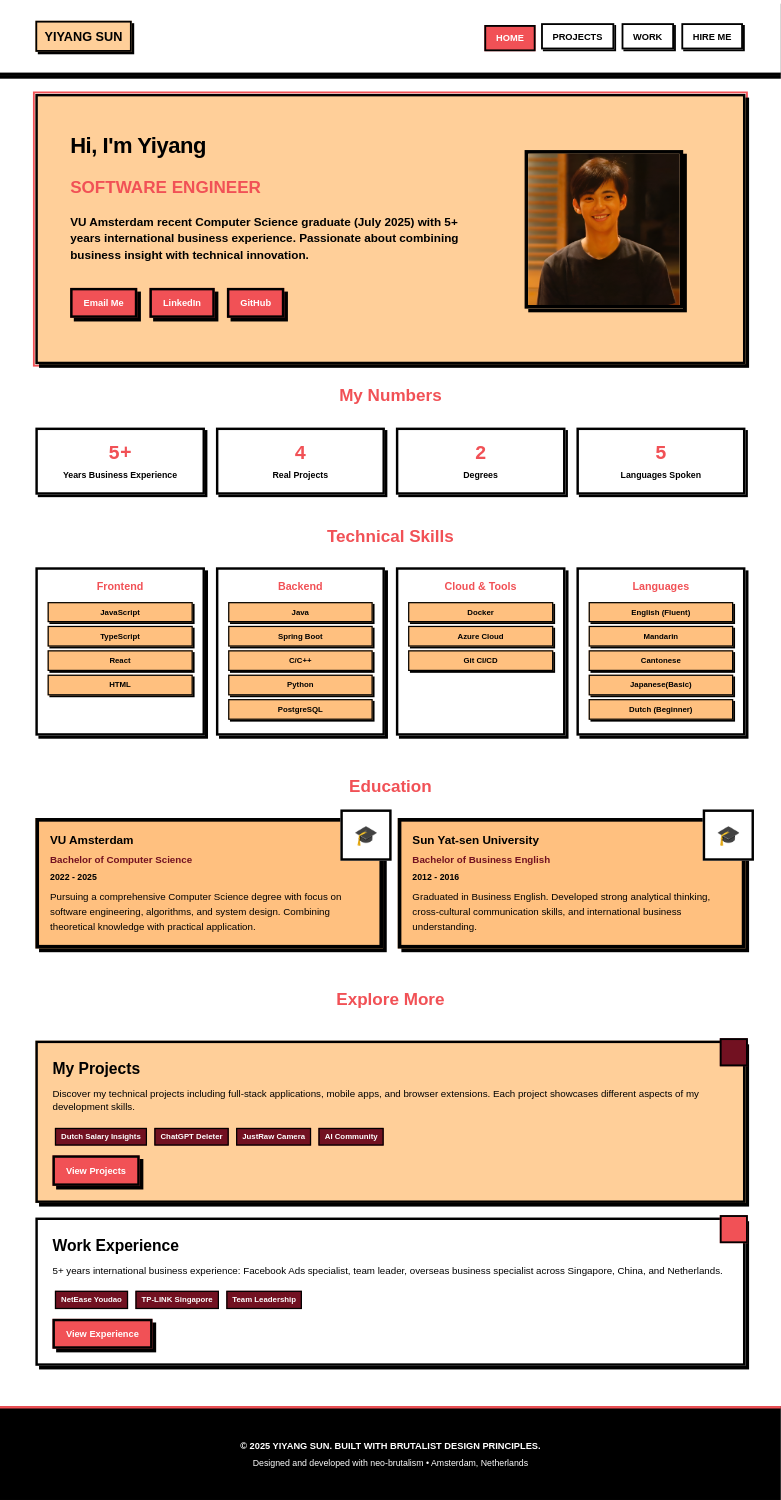
Repository: miloyiyangsun/yiyangsun.github.io
Page: .superdesign/design_iterations/yiyang_home_v2.html
The author's editor kept a copy of each file at every save. The page is drawn from the files as they stood at one save, then again after the next save.
The browser window is 1280 px wide. The pictures show the whole page, at 61% of full size.

Above is the page before, as saved 2025-09-03 18:31:01.

### .superdesign/design_iterations/yiyang_home_v2.html
<!DOCTYPE html>
<html lang="en">
  <head>
    <meta charset="UTF-8" />
    <meta name="viewport" content="width=device-width, initial-scale=1.0" />
    <title>
      Yiyang Sun - Computer Science Student [Neo-Brutalist Portfolio]
    </title>
    <meta
      name="description"
      content="Yiyang Sun - VU Amsterdam Computer Science student with 5+ years business experience. Neo-brutalist portfolio design."
    />

    <!-- Neo-Brutalist Theme -->
    <link rel="stylesheet" href="brutalist_theme_v2.css" />

    <style>
      /* Page-specific brutal styles */
      body {
        padding-top: 120px;
        background: #ffffff;
      }

      .main-container {
        max-width: 1200px;
        margin: 0 auto;
        padding: 18px;
      }

      /* Navigation Layout - Right Align */
      .brutalist-nav .main-container {
        display: flex;
        justify-content: space-between;
        align-items: center;
      }

      .nav-links {
        display: flex;
        gap: 4px;
      }

      /* Navigation Brand - Brutalist */
      .nav-brand {
        background: #ffcf99;
        border: 3px solid #000000;
        padding: 8px 12px;
        box-shadow: 4px 4px 0 #000000;
        font-weight: 900;
      }

      /* Hero Layout - Left Right */
      .hero-layout {
        display: grid;
        grid-template-columns: 1fr 350px;
        gap: 48px;
        align-items: center;
        max-width: 1050px;
        margin: 0 auto;
      }

      .hero-content {
        text-align: left;
      }

      .hero-avatar {
        display: flex;
        justify-content: center;
        align-items: center;
      }

      /* Hero Avatar - Brutalist */
      .brutalist-avatar-container {
        display: inline-block;
        position: relative;
      }

      .brutalist-avatar {
        width: 260px;
        height: 260px;
        border: 6px solid #000000;
        box-shadow: 6px 6px 0 #000000;
        display: block;
        border-radius: 0;
        object-fit: cover;
      }

      /* Stats specific styling */
      .stats-section {
        margin: 32px 0;
      }

      /* Skills brutal grid */
      .skills-brutal-grid {
        display: grid;
        grid-template-columns: repeat(4, 1fr);
        gap: 18px;
        margin: 24px 0;
      }

      .skill-category {
        background: #ffffff;
        border: 4px solid #000000;
        padding: 16px;
        box-shadow: 5px 5px 0 #000000;
      }

      .skill-category h3 {
        color: #f15156;
        font-size: 1.1rem;
        margin-bottom: 12px;
        text-align: center;
      }

      .skill-item {
        background: #ffc07f;
        border: 2px solid #000000;
        padding: 6px 10px;
        margin: 6px 0;
        font-weight: 700;
        font-size: 0.8rem;
        text-align: center;
        box-shadow: 3px 3px 0 #000000;
      }

      .skill-item:hover {
        background: #f15156;
        color: #ffffff;
        transform: translate(-1px, -1px);
        box-shadow: 4px 4px 0 #000000;
      }

      /* Preview cards brutal */
      .preview-section {
        margin: 48px 0;
      }

      .preview-card {
        background: #ffffff;
        border: 4px solid #000000;
        padding: 24px;
        margin: 24px 0;
        box-shadow: 6px 6px 0 #000000;
        position: relative;
      }

      .preview-card::before {
        content: "";
        position: absolute;
        top: -8px;
        right: -8px;
        width: 40px;
        height: 40px;
        background: #f15156;
        border: 3px solid #000000;
      }

      .preview-card:nth-child(even) {
        background: #ffcf99;
      }

      .preview-card:nth-child(even)::before {
        background: #721121;
      }

      .preview-title {
        font-size: 1.6rem;
        font-weight: 900;
        color: #000000;
        margin-bottom: 12px;
      }

      .preview-description {
        font-size: 1rem;
        line-height: 1.4;
        margin-bottom: 18px;
      }

      .preview-tags {
        margin: 12px 0;
      }

      .preview-tag {
        display: inline-block;
        background: #721121;
        color: #ffffff;
        padding: 4px 8px;
        margin: 4px;
        border: 2px solid #000000;
        font-weight: 700;
        font-size: 0.8rem;
      }

      /* Education Section - Brutal */
      .education-grid {
        display: grid;
        grid-template-columns: repeat(auto-fit, minmax(400px, 1fr));
        gap: 24px;
        margin: 32px 0;
      }

      .education-card {
        background: #ffc07f;
        border: 6px solid #000000;
        padding: 18px;
        box-shadow: 6px 6px 0 #000000;
        position: relative;
      }

      .education-card::before {
        content: "🎓";
        position: absolute;
        top: -20px;
        right: -20px;
        font-size: 2rem;
        background: #ffffff;
        border: 4px solid #000000;
        padding: 8px;
        width: 60px;
        height: 60px;
        display: flex;
        align-items: center;
        justify-content: center;
      }

      .edu-institution {
        font-size: 1.2rem;
        font-weight: 900;
        color: #000000;
        margin-bottom: 6px;
      }

      .edu-degree {
        font-size: 1rem;
        font-weight: 700;
        color: #721121;
        margin-bottom: 6px;
      }

      .edu-period {
        font-size: 0.9rem;
        font-weight: 600;
        color: #000000;
        margin-bottom: 12px;
      }

      .edu-description {
        font-size: 1rem;
        line-height: 1.5;
        font-weight: 500;
      }

      /* Mobile brutal responsive */
      @media (max-width: 768px) {
        .hero-layout {
          grid-template-columns: 1fr;
          gap: 24px;
          text-align: center;
        }

        .hero-content {
          text-align: center;
          order: 2;
        }

        .hero-avatar {
          order: 1;
        }

        .brutalist-avatar {
          width: 225px;
          height: 225px;
        }

        .education-grid {
          grid-template-columns: 1fr;
        }
        .skills-brutal-grid {
          grid-template-columns: repeat(2, 1fr);
          gap: 12px;
        }

        .preview-card {
          padding: 16px;
          margin: 16px 0;
        }

        .nav-brand {
          font-size: 1.1rem !important;
          padding: 6px 10px;
        }

        .nav-links {
          gap: 2px;
        }
      }
    </style>
  </head>

  <body>
    <!-- Brutalist Navigation -->
    <nav class="brutalist-nav">
      <div class="main-container">
        <strong class="nav-brand" style="font-size: 1.3rem">YIYANG SUN</strong>
        <div class="nav-links">
          <a href="yiyang_home_v2.html" class="brutalist-nav-item active"
            >HOME</a
          >
          <a href="yiyang_projects_v2.html" class="brutalist-nav-item"
            >PROJECTS</a
          >
          <a href="yiyang_work_v2.html" class="brutalist-nav-item">WORK</a>
          <a href="yiyang_hireme_v2.html" class="brutalist-nav-item">HIRE ME</a>
        </div>
      </div>
    </nav>

    <!-- Main Content -->
    <main class="main-container">
      <!-- Hero Section - Brutalist -->
      <section class="brutalist-hero">
        <div class="hero-layout">
          <div class="hero-content">
            <h1 class="title-huge" style="margin: 24px 0">Hi, I'm Yiyang</h1>
            <h2
              class="title-large"
              style="margin: 16px 0; text-transform: uppercase"
            >
              software engineer
            </h2>

            <p
              style="
                font-size: 1.2rem;
                margin: 24px 0;
                font-weight: 700;
                line-height: 1.4;
              "
            >
              VU Amsterdam recent Computer Science graduate (July 2025) with 5+
              years international business experience. Passionate about
              combining business insight with technical innovation.
            </p>

            <div style="margin: 32px 0">
              <a
                href="mailto:miloyysun@outlook.com"
                class="brutalist-button"
                style="margin: 8px 8px 8px 0"
                >Email Me</a
              >
              <a
                href="https://linkedin.com/in/yiyangsunmilo"
                class="brutalist-button"
                style="margin: 8px"
                >LinkedIn</a
              >
              <a
                href="https://github.com/miloyiyangsun"
                class="brutalist-button"
                style="margin: 8px"
                >GitHub</a
              >
            </div>
          </div>

          <div class="hero-avatar">
            <div class="brutalist-avatar-container">
              <img
                src="../../assets/images/yiyang-photo.jpg"
                alt="Yiyang Sun"
                class="brutalist-avatar"
              />
            </div>
          </div>
        </div>
      </section>

      <!-- Stats Section - Brutalist -->
      <section class="stats-section">
        <h2 class="title-large brutalist-text-center" style="margin: 32px 0">
          My Numbers
        </h2>

        <div class="brutalist-stats">
          <div class="brutalist-stat">
            <span class="brutalist-stat-number">5+</span>
            <span class="brutalist-stat-label">Years Business Experience</span>
          </div>
          <div class="brutalist-stat">
            <span class="brutalist-stat-number">4</span>
            <span class="brutalist-stat-label">Real Projects</span>
          </div>
          <div class="brutalist-stat">
            <span class="brutalist-stat-number">2</span>
            <span class="brutalist-stat-label">Degrees</span>
          </div>
          <div class="brutalist-stat">
            <span class="brutalist-stat-number">5</span>
            <span class="brutalist-stat-label">Languages Spoken</span>
          </div>
        </div>
      </section>

      <!-- Skills Section - Brutalist -->
      <section>
        <h2
          class="title-large brutalist-text-center"
          style="margin: 48px 0 32px 0"
        >
          Technical Skills
        </h2>

        <div class="skills-brutal-grid">
          <div class="skill-category">
            <h3>Frontend</h3>
            <div class="skill-item">JavaScript</div>
            <div class="skill-item">TypeScript</div>
            <div class="skill-item">React</div>
            <div class="skill-item">HTML</div>
          </div>

          <div class="skill-category">
            <h3>Backend</h3>
            <div class="skill-item">Java</div>
            <div class="skill-item">Spring Boot</div>
            <div class="skill-item">C/C++</div>
            <div class="skill-item">Python</div>
            <div class="skill-item">PostgreSQL</div>
          </div>

          <div class="skill-category">
            <h3>Cloud & Tools</h3>
            <div class="skill-item">Docker</div>
            <div class="skill-item">Azure Cloud</div>
            <div class="skill-item">Git CI/CD</div>
          </div>

          <div class="skill-category">
            <h3>Languages</h3>
            <div class="skill-item">English (Fluent)</div>
            <div class="skill-item">Mandarin</div>
            <div class="skill-item">Cantonese</div>
            <div class="skill-item">Japanese(Basic)</div>
            <div class="skill-item">Dutch (Beginner)</div>
          </div>
        </div>
      </section>

      <!-- Education Section -->
      <section>
        <h2
          class="title-large brutalist-text-center"
          style="margin: 64px 0 32px 0"
        >
          Education
        </h2>

        <div class="education-grid">
          <div class="education-card">
            <div class="edu-institution">VU Amsterdam</div>
            <div class="edu-degree">Bachelor of Computer Science</div>
            <div class="edu-period">2022 - 2025</div>
            <div class="edu-description">
              Pursuing a comprehensive Computer Science degree with focus on
              software engineering, algorithms, and system design. Combining
              theoretical knowledge with practical application.
            </div>
          </div>

          <div class="education-card">
            <div class="edu-institution">Sun Yat-sen University</div>
            <div class="edu-degree">Bachelor of Business English</div>
            <div class="edu-period">2012 - 2016</div>
            <div class="edu-description">
              Graduated in Business English. Developed strong analytical
              thinking, cross-cultural communication skills, and international
              business understanding.
            </div>
          </div>
        </div>
      </section>

      <!-- Preview Cards Section - Brutalist -->
      <section class="preview-section">
        <h2
          class="title-large brutalist-text-center"
          style="margin: 64px 0 48px 0"
        >
          Explore More
        </h2>

        <div class="preview-card">
          <div class="preview-title">My Projects</div>
          <div class="preview-description">
            Discover my technical projects including full-stack applications,
            mobile apps, and browser extensions. Each project showcases
            different aspects of my development skills.
          </div>
          <div class="preview-tags">
            <span class="preview-tag">Dutch Salary Insights</span>
            <span class="preview-tag">ChatGPT Deleter</span>
            <span class="preview-tag">JustRaw Camera</span>
            <span class="preview-tag">AI Community</span>
          </div>
          <a href="yiyang_projects_v2.html" class="brutalist-button"
            >View Projects</a
          >
        </div>

        <div class="preview-card">
          <div class="preview-title">Work Experience</div>
          <div class="preview-description">
            5+ years international business experience: Facebook Ads specialist,
            team leader, overseas business specialist across Singapore, China,
            and Netherlands.
          </div>
          <div class="preview-tags">
            <span class="preview-tag">NetEase Youdao</span>
            <span class="preview-tag">TP-LINK Singapore</span>
            <span class="preview-tag">Team Leadership</span>
          </div>
          <a href="yiyang_work_v2.html" class="brutalist-button"
            >View Experience</a
          >
        </div>

        <!-- <div class="preview-card">
                <div class="preview-title">Personal Journey</div>
                <div class="preview-description">
                    From business professional to computer science student: Sun Yat-sen University (Business English)
                    to VU Amsterdam (Computer Science), volunteer work, and AI community building.
                </div>
                <div class="preview-tags">
                    <span class="preview-tag">VU Amsterdam CS</span>
                    <span class="preview-tag">Sun Yat-sen University</span>
                    <span class="preview-tag">Career Transition</span>
                </div>
            </div> -->
      </section>
    </main>

    <!-- Footer - Brutalist -->
    <footer
      style="
        background: #000000;
        color: #ffffff;
        padding: 32px;
        text-align: center;
        border-top: 4px solid #f15156;
      "
    >
      <div class="main-container">
        <p style="font-weight: 700; margin-bottom: 8px">
          &copy; 2025 YIYANG SUN. BUILT WITH BRUTALIST DESIGN PRINCIPLES.
        </p>
        <p style="font-size: 0.9rem">
          Designed and developed with neo-brutalism • Amsterdam, Netherlands
        </p>
      </div>
    </footer>

    <script>
      // Minimal JavaScript - True to brutalist philosophy
      console.log("🏗️ YIYANG SUN PORTFOLIO - NEO-BRUTALIST VERSION");
      console.log("Built with minimal JS, maximum impact!");

      // Simple click feedback for brutalist buttons
      document
        .querySelectorAll(".brutalist-button, .skill-item")
        .forEach((element) => {
          element.addEventListener("mousedown", function () {
            this.style.transform = "translate(3px, 3px)";
            this.style.boxShadow = "none";
          });

          element.addEventListener("mouseup", function () {
            this.style.transform = "";
            this.style.boxShadow = "";
          });
        });
    </script>
  </body>
</html>

Loaded but not shown: .superdesign/design_iterations/brutalist_theme_v2.css (336 lines, source omitted)

After the next save:
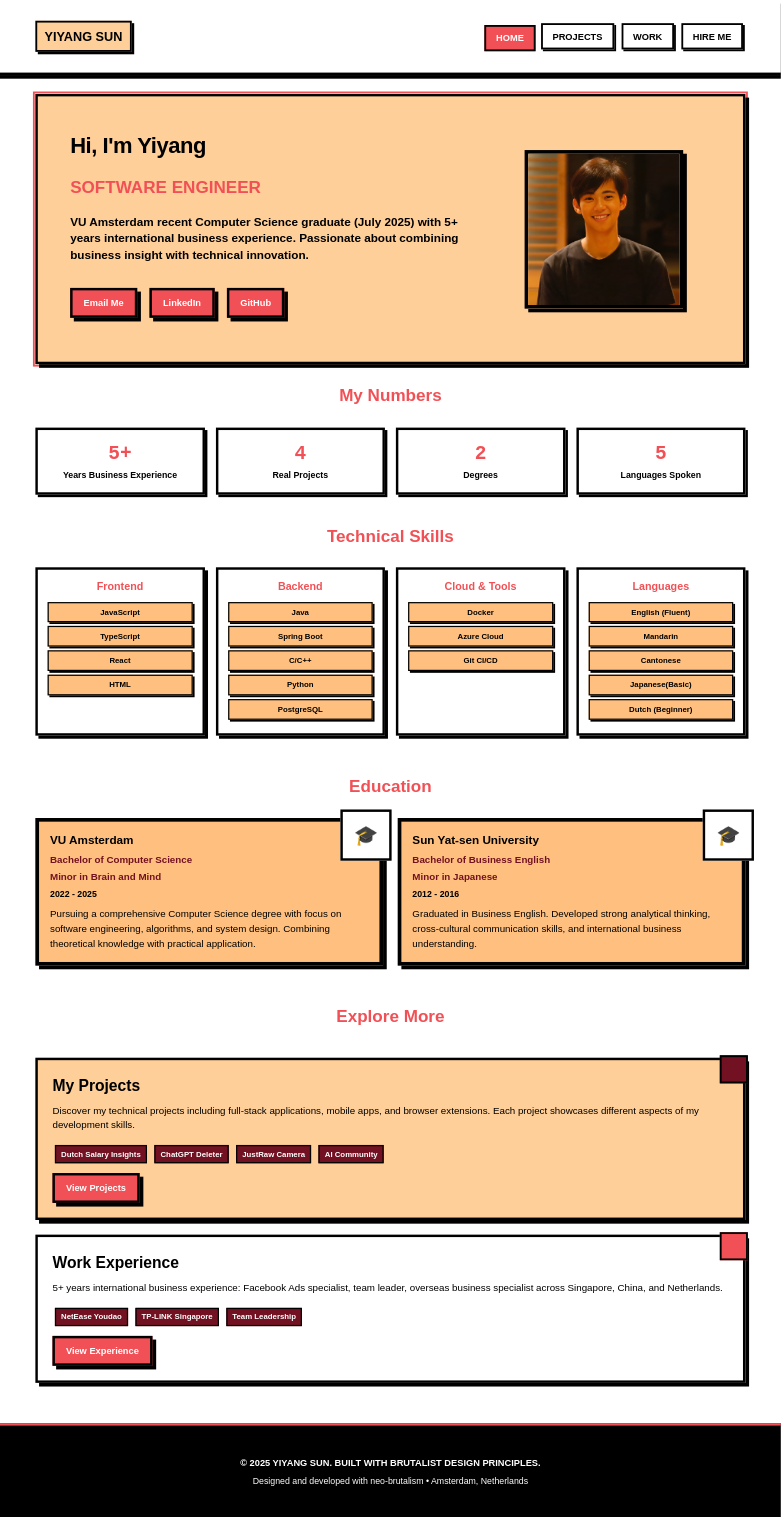
Saved 50 s later.
--- a/.superdesign/design_iterations/yiyang_home_v2.html
+++ b/.superdesign/design_iterations/yiyang_home_v2.html
@@ -459,6 +459,8 @@
           <div class="education-card">
             <div class="edu-institution">VU Amsterdam</div>
             <div class="edu-degree">Bachelor of Computer Science</div>
+            <div class="edu-degree">Minor in Brain and Mind</div>
+
             <div class="edu-period">2022 - 2025</div>
             <div class="edu-description">
               Pursuing a comprehensive Computer Science degree with focus on
@@ -470,6 +472,8 @@
           <div class="education-card">
             <div class="edu-institution">Sun Yat-sen University</div>
             <div class="edu-degree">Bachelor of Business English</div>
+            <div class="edu-degree">Minor in Japanese</div>
+
             <div class="edu-period">2012 - 2016</div>
             <div class="edu-description">
               Graduated in Business English. Developed strong analytical
